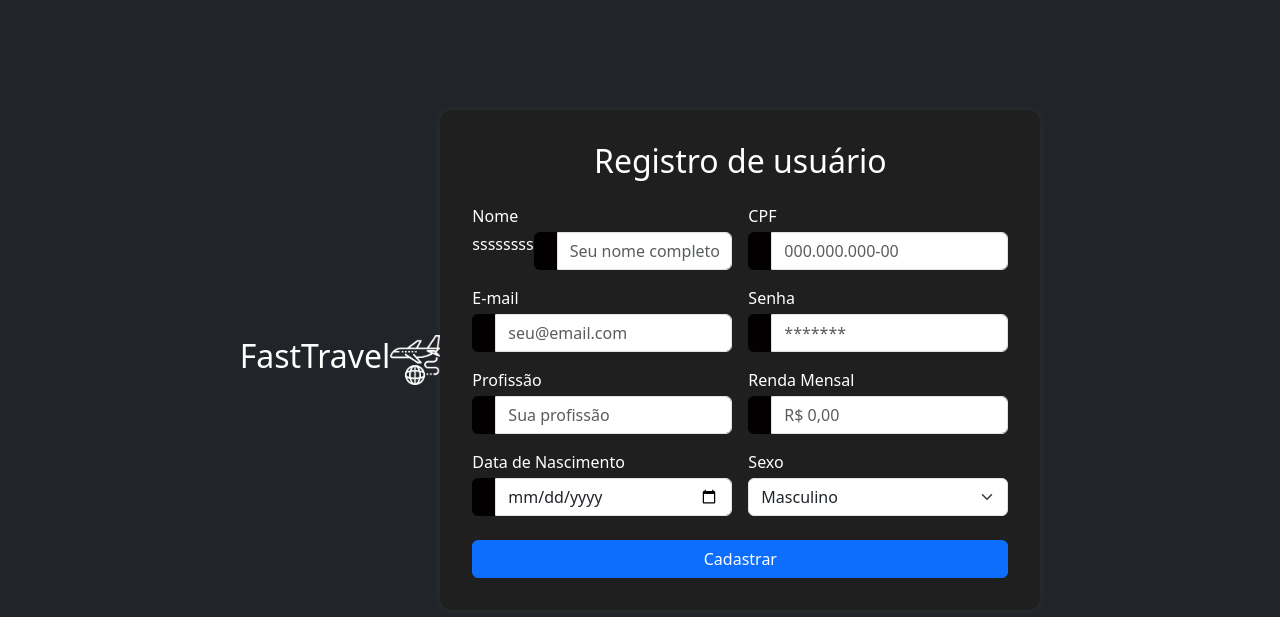
Repository: Suttiago/fasttravel-back
Page: app/templates/Cadastro.html
The author's editor kept a copy of each file at every save. The page is drawn from the files as they stood at one save, then again after the next save.
The browser window is 1280 px wide. The pictures show the whole page.
The template is drawn by Flask 3. The application's start-up code is not run. The template is opened directly, without the code that normally fills it, so the values that code supplies are empty.

Above is the page before, as saved 2025-05-30 10:47:42.

After the next save:
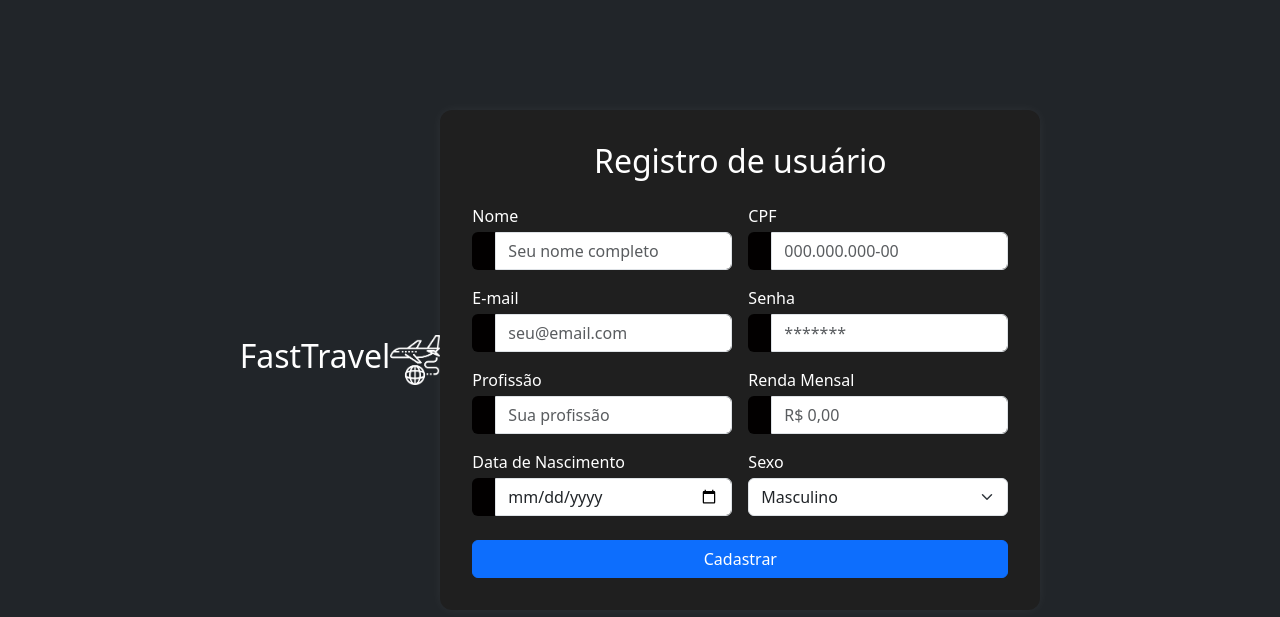
Saved 10 min 20 s later.
--- a/app/templates/Cadastro.html
+++ b/app/templates/Cadastro.html
@@ -22,7 +22,7 @@
       <div class="row g-3">
         <div class="col-md-6">
           <label for="nome" class="form-label">Nome</label>
-          <div class="input-group">ssssssss
+          <div class="input-group">
             <span class="input-group-text"><i class="bi bi-person"></i></span>
             <input type="text" class="form-control" id="nome" name="nome" placeholder="Seu nome completo" required>
           </div>
